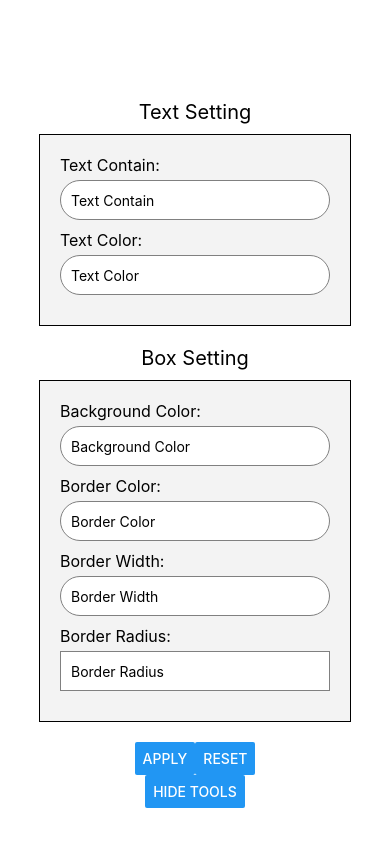
Repository: amirjavadikia/mobile-projectg
Screen: /
An editor plug-in stored every save of this project. The screen is shown before and after the next save, followed by the edit.
An inner scrolling area shows only its first screen. The app was drawn by React Native's web renderer in a window 390 px wide. The project was rebuilt for these pictures with package versions that can differ from the ones it lists, and the page was loaded fresh each time.

Above is the screen before, as saved 2024-05-13 22:43:42.

### App.tsx
//
// => BOXES PROJECT
//

// import React from 'react';
// import { View, Text, StyleSheet } from 'react-native';
// import { FontAwesomeIcon } from '@fortawesome/react-native-fontawesome';
// import { faGear } from '@fortawesome/free-solid-svg-icons/faGear';
// import { faLocationDot } from '@fortawesome/free-solid-svg-icons/faLocationDot';
// import { faAddressBook } from '@fortawesome/free-solid-svg-icons/faAddressBook';


// const MainPage = () => {
//   return (
//     <View style={styles.container}>

//       <View style={[styles.blueBackground]}>
//         <Text style={styles.text}>Welcome to my app!</Text>
//       </View>


//       <View style={[styles.box, styles.purpleBackground]}>
//       <FontAwesomeIcon icon={faLocationDot} />
//         <Text style={styles.text}>Location</Text>
//       </View>


//       <View style={[styles.box, styles.yellowBackground]}>
//       <FontAwesomeIcon icon={faGear} />
//         <Text style={styles.text}>Settings</Text>
//       </View>


//       <View style={[styles.box, styles.redBackground]}>
//       <FontAwesomeIcon icon={faAddressBook} />
//         <Text style={styles.text}>Contacts</Text>
//       </View>

//     </View>
//   );
// };

// const styles = StyleSheet.create({
//   container: {
//     justifyContent: 'center',
//     alignItems: 'center',
//     margin: 10
//   },
//   box: {
//     width: '100%',
//     height: 100,
//     borderRadius: 10,
//     marginBottom: 15,
//     justifyContent: 'center',
//     textAlign: 'center',
//     alignItems: 'center',
//   },
//   blueBackground: {
//     backgroundColor: '#01008A',
//     borderRadius: 30,
//     width: '100%',
//     height: '10%',
//     justifyContent: 'center',
//     alignItems: 'center',
//     marginBottom: 20
//   },
//   purpleBackground: {
//     backgroundColor: '#810081',
//   },
//   yellowBackground: {
//     backgroundColor: '#fea501',
//   },
//   redBackground: {
//     backgroundColor: '#fe0002',
//   },
//   text: {
//     color: 'white',
//     fontSize: 20,
//     marginLeft: 10,
//   },
// });

// export default MainPage;





//
// => MIDTERM PROJECT
//


import React, { useState } from 'react';
import { View, Text, TextInput, StyleSheet, Button, ScrollView } from 'react-native';

const App = () => {
  const [text, setText] = useState('');
  const [showTools, setShowTools] = useState(true);
  const [newText, setNewText] = useState('');
  const [newTextColor, setNewTextColor] = useState('');
  const [newBackgroundColor, setNewBackgroundColor] = useState('');
  const [newBorderColor, setNewBorderColor] = useState('');
  const [newBorderWidth, setNewBorderWidth] = useState('');
  const [newBorderRadius, setNewBorderRadius] = useState('');

  const handleTextChange = (inputText) => {
    setNewText(inputText);
  };

  const handleTextColorChange = (inputText) => {
    setNewTextColor(inputText);
  };

  const handleBackgroundChange = (inputText) => {
    setNewBackgroundColor(inputText);
  };

  const handleBorderColorChange = (inputText) => {
    setNewBorderColor(inputText);
  };

  const handleBorderWidthChange = (inputText) => {
    setNewBorderWidth(inputText);
  };

  const handleBorderRadiusChange = (inputText) => {
    setNewBorderRadius(inputText);
  };

  const handleApplyChanges = () => {
    setText(newText);
    setNewText('');
    setNewBackgroundColor('');
    setNewBorderColor('');
    setNewBorderWidth('');
    setNewBorderRadius('');
  };

  const handleResetChanges = () => {
    setText('');
    setNewText('');
    setNewBackgroundColor('');
    setNewBorderColor('');
    setNewBorderWidth('');
    setNewBorderRadius('');
  };

  const handleToggleTools = () => {
    setShowTools(!showTools);
  };

  return (
    <ScrollView contentContainerStyle={styles.scrollViewContent}>
      <View style={styles.container}>
        {showTools && (
          <>
            <Text style={styles.title}>Text Setting</Text>
            <View style={styles.section}>
              <Text style={styles.label}>Text Contain:</Text>
              <TextInput
                style={styles.input}
                onChangeText={handleTextChange}
                value={newText}
                placeholder="Text Contain"
              />
              <Text style={styles.label}>Text Color:</Text>
              <TextInput
                style={styles.input}
                onChangeText={handleTextColorChange}
                value={newTextColor}
                placeholder="Text Color"
              />
            </View>

            <Text style={styles.title}>Box Setting</Text>
            <View style={styles.section}>
              <Text style={styles.label}>Background Color:</Text>
              <TextInput
                style={styles.input}
                onChangeText={handleBackgroundChange}
                value={newBackgroundColor}
                placeholder="Background Color"
              />
              <Text style={styles.label}>Border Color:</Text>
              <TextInput
                style={styles.input}
                onChangeText={handleBorderColorChange}
                value={newBorderColor}
                placeholder="Border Color"
              />
              <Text style={styles.label}>Border Width:</Text>
              <TextInput
                style={styles.input}
                onChangeText={handleBorderWidthChange}
                value={newBorderWidth}
                placeholder="Border Width"
              />
              <Text style={styles.label}>Border Radius:</Text>
              <TextInput
                style={[styles.input, { borderRadius: newBorderRadius }]}
                onChangeText={handleBorderRadiusChange}
                value={newBorderRadius}
                placeholder="Border Radius"
              />
            </View>

            <View style={styles.buttonGroup}>
              <Button title="Apply" onPress={handleApplyChanges} />
              <Button title="Reset" onPress={handleResetChanges} />
            </View>
          </>
        )}
        <Button title={showTools ? "Hide Tools" : "Show Tools"} onPress={handleToggleTools} />
        <View style={[styles.box, { backgroundColor: newBackgroundColor }]}>
          <Text>{text}</Text>
        </View>
      </View>
    </ScrollView>
  );
};

const styles = StyleSheet.create({
  scrollViewContent: {
    flexGrow: 1,
  },
  container: {
    flex: 1,
    alignItems: 'center',
    justifyContent: 'center',
    marginTop: 100,
    backgroundColor: '#fff',
  },
  section: {
    width: '80%',
    marginBottom: 20,
    backgroundColor: "#f3f3f3",
    borderWidth: 1,
    padding: 20
  },
  title: {
    fontSize: 20,
    marginBottom: 10,
  },
  label: {
    fontSize: 16,
    marginBottom: 5,
  },
  input: {
    width: '100%',
    height: 40,
    borderWidth: 1,
    borderColor: 'gray',
    marginBottom: 10,
    paddingHorizontal: 10,
    textAlign: 'left',
    borderRadius: 30,
    backgroundColor: "#fff"
  },
  box: {
    width: '80%',
    height: 100,
    backgroundColor: '#fff',
    justifyContent: 'center',
    alignItems: 'center',
  },
  buttonGroup: {
    flexDirection: 'row',
    justifyContent: 'space-between',
  },
});

export default App;

After the next save:
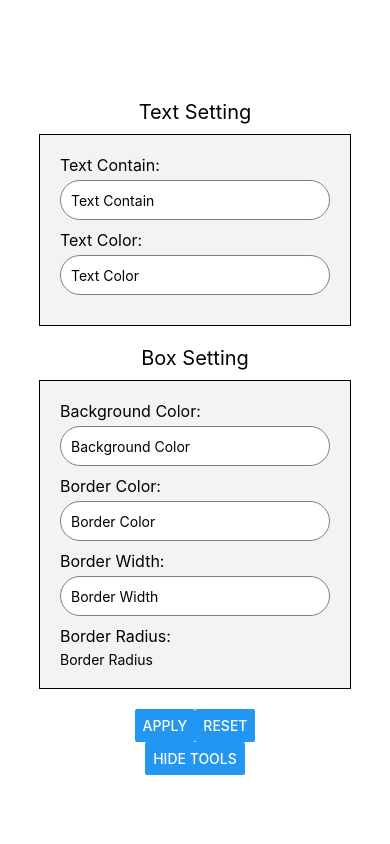
Saved 22 s later.
--- a/App.tsx
+++ b/App.tsx
@@ -198,7 +198,7 @@
               />
               <Text style={styles.label}>Border Radius:</Text>
               <TextInput
-                style={[styles.input, { borderRadius: newBorderRadius }]}
+                style={styles.input, { borderRadius: newBorderRadius }}
                 onChangeText={handleBorderRadiusChange}
                 value={newBorderRadius}
                 placeholder="Border Radius"

After the save that followed:
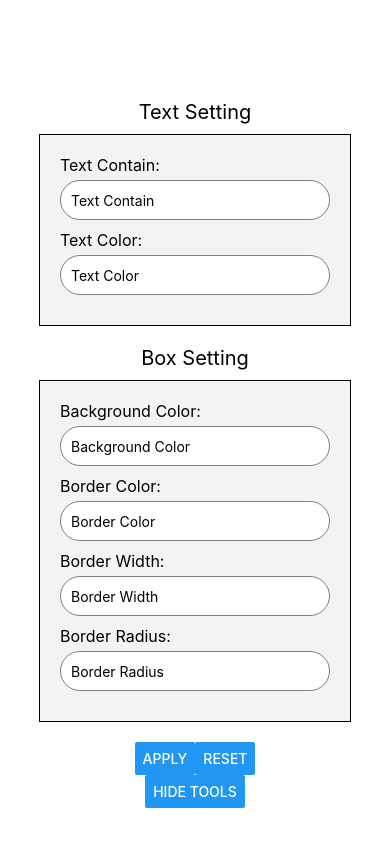
Saved 4 s later.
--- a/App.tsx
+++ b/App.tsx
@@ -198,7 +198,7 @@
               />
               <Text style={styles.label}>Border Radius:</Text>
               <TextInput
-                style={styles.input, { borderRadius: newBorderRadius }}
+                style={styles.input}
                 onChangeText={handleBorderRadiusChange}
                 value={newBorderRadius}
                 placeholder="Border Radius"
